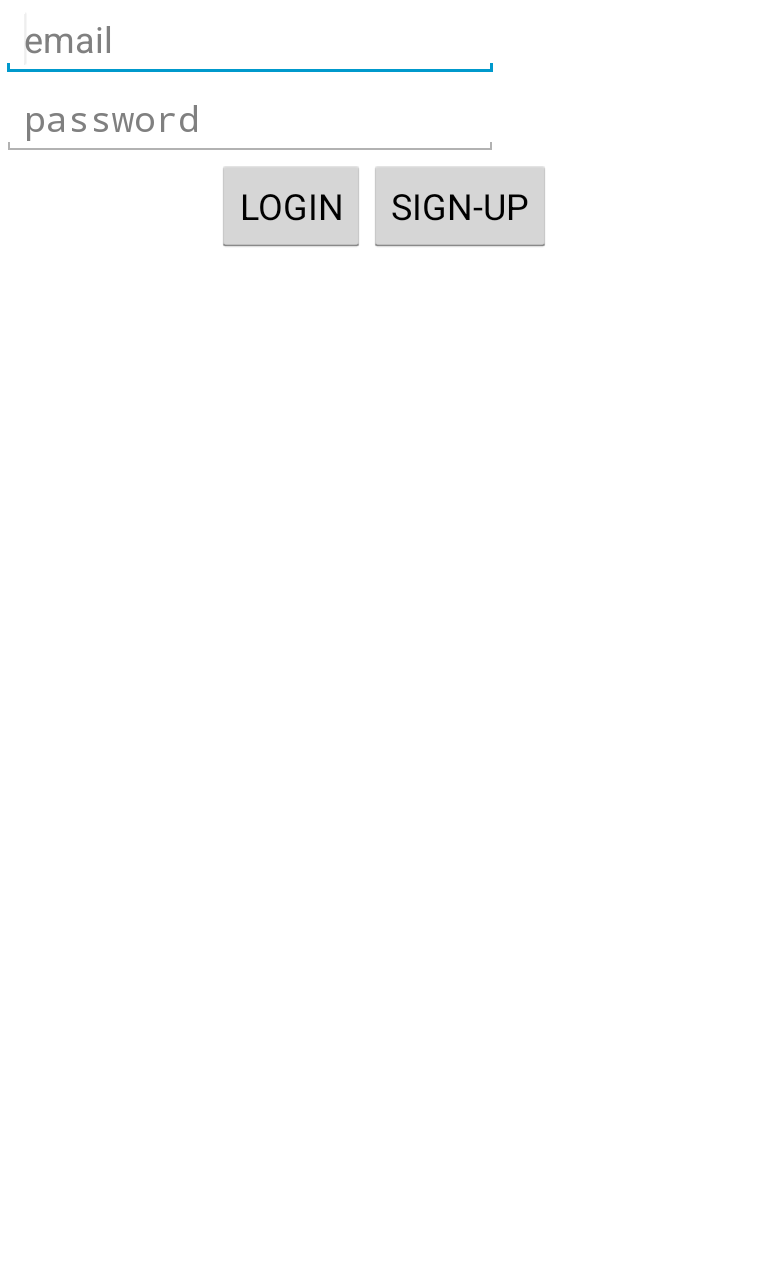
Repository: elvispap/The_Voice_of_People_Android_app
Layout: Voice of People/res/layout/login.xml
An editor plug-in stored every save of this project. The layout is shown before and after the next save, followed by the edit.
It is drawn on a 768 x 1280 px phone screen (xhdpi) without system bars, with theme AppTheme; the app's code is not run.

Above is the layout before, as saved 2014-01-02 15:59:33.

After the next save:
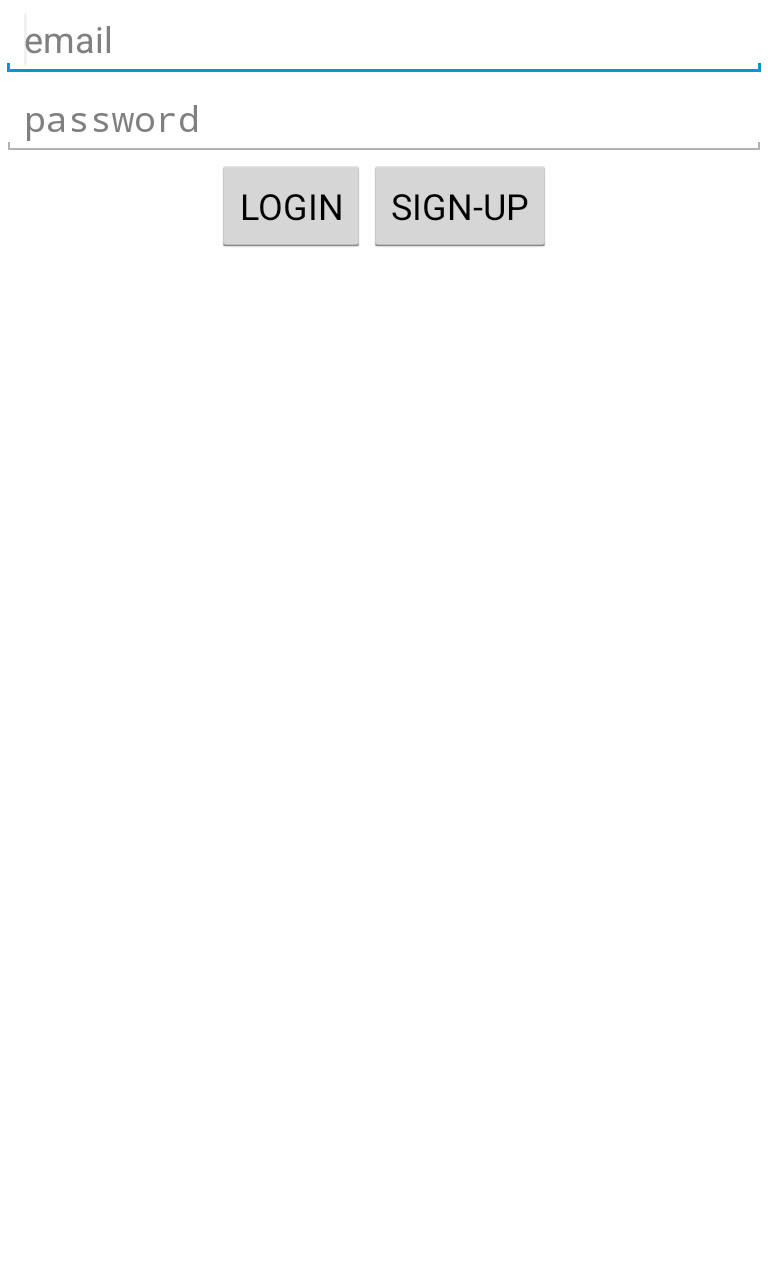
Saved 46 s later.
--- a/Voice of People/res/layout/login.xml
+++ b/Voice of People/res/layout/login.xml
@@ -1,12 +1,12 @@
 <?xml version="1.0" encoding="utf-8"?>
 <LinearLayout xmlns:android="http://schemas.android.com/apk/res/android"
-    android:layout_width="match_parent"
+    android:layout_width="250dp"
     android:layout_height="match_parent"
     android:orientation="vertical" >
 
     <EditText
         android:id="@+id/email"
-        android:layout_width="250dp"
+        android:layout_width="match_parent"
         android:layout_height="wrap_content"
         android:ems="10"
         android:hint="email"
@@ -17,7 +17,7 @@
 
     <EditText
         android:id="@+id/password"
-        android:layout_width="250dp"
+        android:layout_width="match_parent"
         android:layout_height="wrap_content"
         android:ems="10"
         android:hint="password"
